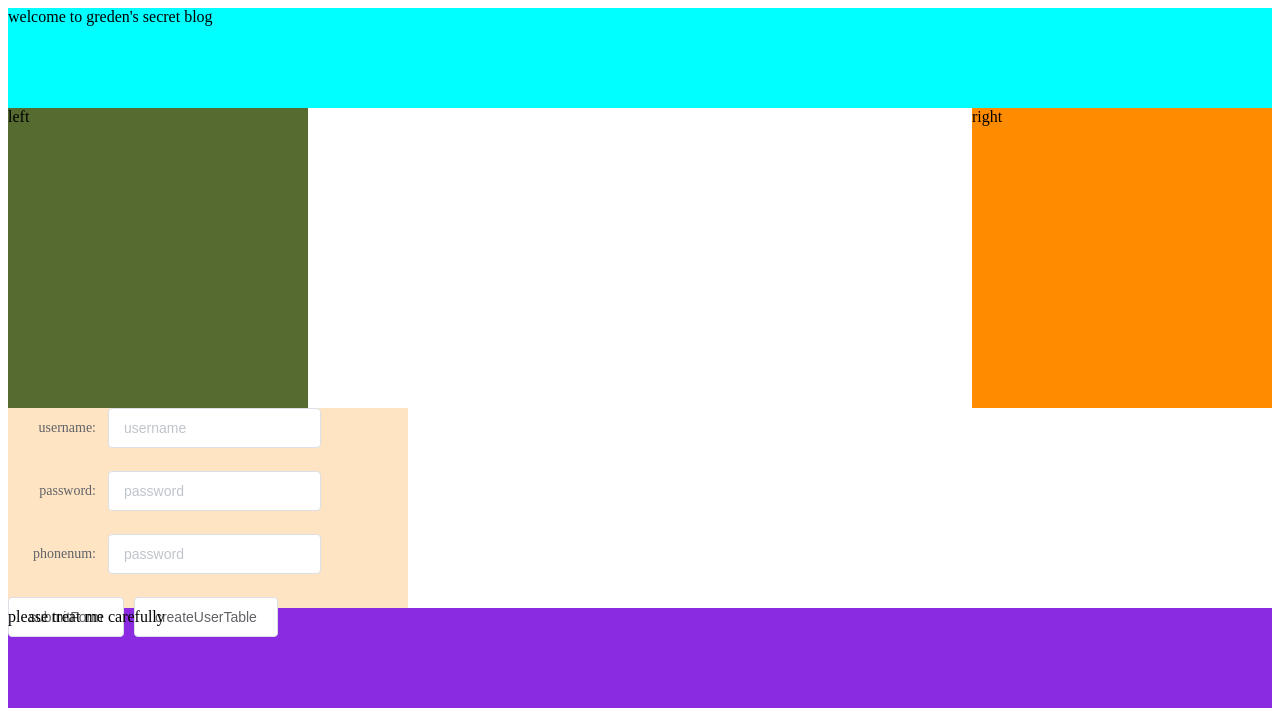
Repository: greden0814/myBlog
Page: /
The author's editor kept a copy of each file at every save. The page is drawn from the files as they stood at one save, then again after the next save.
The browser window is 1280 px wide. The pictures show the whole page.
The project was rebuilt for these pictures with package versions that can differ from the ones it lists, and the page was loaded fresh each time.

Above is the page before, as saved 2021-07-15 13:22:49.

### index.html
<!DOCTYPE html>
<html>
  <head>
    <meta charset="utf-8">
    <meta name="viewport" content="width=device-width,initial-scale=1.0">
    <title>myblog</title>
  </head>
  <body>
    <div id="app"></div>
    <!-- built files will be auto injected -->
  </body>
</html>

### src/main.js
// The Vue build version to load with the `import` command
// (runtime-only or standalone) has been set in webpack.base.conf with an alias.
import Vue from 'vue'
import App from './App'
import router from './router'
import ElementUI from 'element-ui'
import axios from 'axios'
import 'element-ui/lib/theme-chalk/index.css'

Vue.use(ElementUI)
Vue.config.productionTip = false
Vue.prototype.$axios = axios

/* eslint-disable no-new */
new Vue({
  el: '#app',
  router,
  components: { App },
  template: '<App/>'
})

### src/App.vue
<template>
  <div id="app">
    <!-- <img src="./assets/logo.png"> -->
    <router-view/>
  </div>
</template>

<script>
export default {
  name: 'App'
}
</script>

<style></style>

### src/router/index.js
import Vue from 'vue'
import Router from 'vue-router'

Vue.use(Router)

export default new Router({
  routes: [
    {
      path: '/',
      name: 'login',
      component: () => import('@/views/login')
    }, {
      path: '/pages/indexPage',
      name: 'myblog',
      component: () => import('@/views/indexPage')
    }, {
      path: '/pages/myInfo',
      name: 'myInfo',
      component: () => import('@/views/myInfo')
    }
  ]
})

### src/views/login/index.vue
<template>
  <div class="loginPage">
    <div class="header">welcome to greden's secret blog</div>
    <div class="body">
      <div class="right">
        right
      </div>
      <div class="left">
        left
      </div>
      <div class="loginZone center">
        <el-form ref="ruleForm" :model="ruleForm" label-width="100px" inline>
          <el-form-item label="username: ">
            <el-input v-model="ruleForm.username" placeholder="username" />
          </el-form-item>
          <el-form-item label="password: ">
            <el-input v-model="ruleForm.password" placeholder="password" />
          </el-form-item>
          <el-form-item label="phonenum: ">
            <el-input v-model="ruleForm.phonenum" placeholder="password" />
          </el-form-item>
          <el-button @click="submitForm">submitForm</el-button>
          <el-button @click="createUserTable">createUserTable</el-button>
        </el-form>
        {{ submit }}
      </div>
    </div>
    <div class="footer">please treat me carefully</div>
  </div>
</template>

<script>
export default {
  data() {
    return {
      ruleForm: {
        username: "",
        password: "",
        phonenum: "",
      },
      submit: "",
    };
  },
  created() {},
  methods: {
    submitForm() {
      this.$axios({
        method: "post",
        xhrFields: {
          withCredentials: true,
        },
        headers: {
          // "Content-Type" : 'application/x-www-form-urlencoded'
          "Content-Type": "application/json",
        },
        data: {
          username: this.ruleForm.username,
          password: this.ruleForm.password,
          phonenum: this.ruleForm.phonenum,
        },
        url: "http://localhost:3000/api/signin",
      }).then((res) => {
        console.log(res);
        this.submit = "already submit";
      });
    },
    createUserTable() {
      this.submit = "already submit";
      this.$axios({
        method: "get",
        xhrFields: {
          withCredentials: true,
        },
        headers: {
          // "Content-Type" : 'application/x-www-form-urlencoded'
          "Content-Type": "application/json",
        },
        // data: {
        //   username: this.ruleForm.username,
        //   password: this.ruleForm.password,
        //   phonenum: this.ruleForm.phonenum,
        // },
        url: "http://localhost:3000/api/createusertable",
      }).then((res) => {
        console.log(res);
      });
    },
  },
};
</script>

<style lang="less" scoped>
.loginPage {
  .header {
    height: 100px;
    background-color: aqua;
  }
  .body {
    height: 500px;
    &>div {
      height: 300px;
    }
    .left {
      width: 300px;
      background-color: darkolivegreen;
    }
    .loginZone {
      width: 400px;
      background-color: bisque;
    }
    .right {
      width: 300px;
      background-color: darkorange;
      float: right;
    }
  }
  .footer {
    height: 100px;
    background-color: blueviolet;
  }
}
</style>

After the next save:
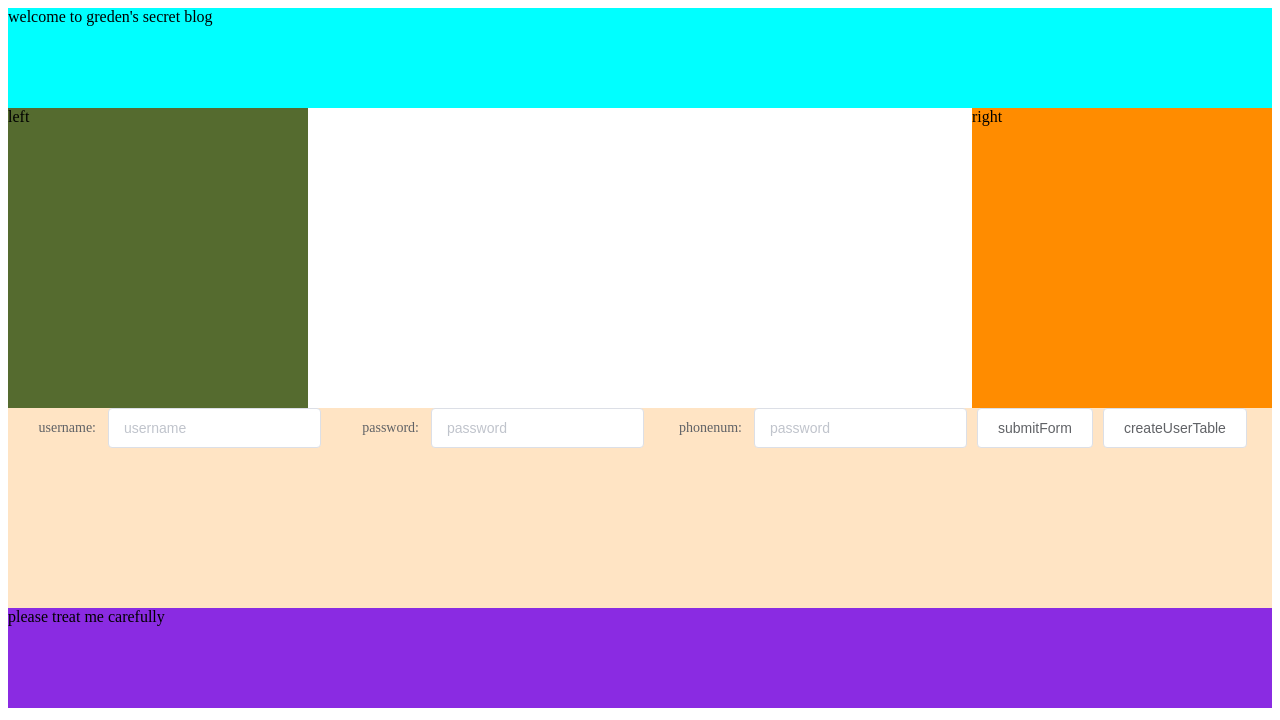
Saved 15 s later.
--- a/src/views/login/index.vue
+++ b/src/views/login/index.vue
@@ -105,7 +105,7 @@ export default {
       background-color: darkolivegreen;
     }
     .loginZone {
-      width: 400px;
+      // width: 400px;
       background-color: bisque;
     }
     .right {
